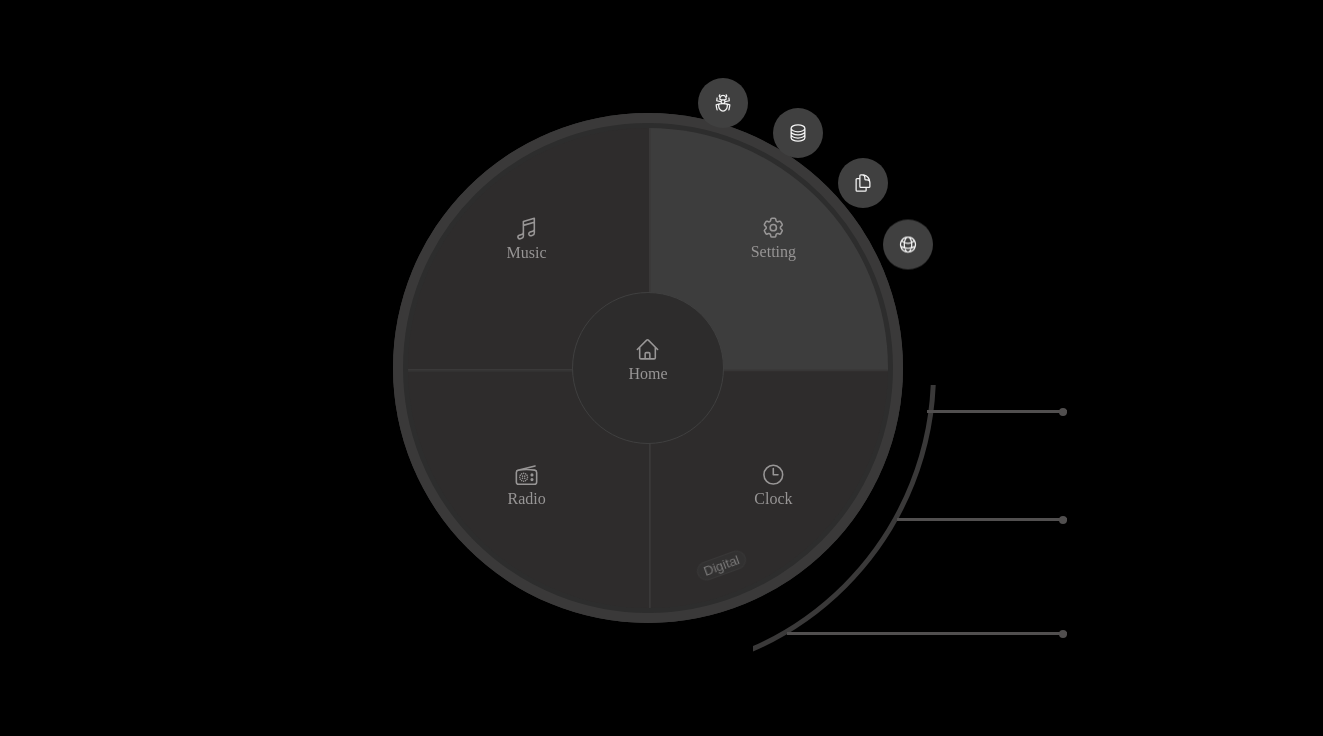
Repository: hsumyatm7308/Basecycle
Page: index.html
The author's editor kept a copy of each file at every save. The page is drawn from the files as they stood at one save, then again after the next save.
The browser window is 1280 px wide. The page is 1323 px wide, so the pictures cover 1323 px, including what lies to the right of the window. The pictures show the whole page.
After loading, the first visible `div.right-top` was clicked once.

Above is the page before, as saved 2023-06-03 12:20:34.

### index.html
<!DOCTYPE html>
<html lang="en">

<head>

    <title>Circle control</title>
    <link rel="stylesheet" href="./style.css">
</head>

<body>
    <div class="ctn">

    <div class="container">

        <div class="container-left-top">

        </div>

        <div class="container-right-top">

        </div>

        <div class="container-right-bottom">

        </div>

        <div class="container-left-bottom">

        </div>



        <div class="second-container">



            <div class="left-top square " data-target=".container-left-top">
                <div class="textaligncenter">
                    <svg xmlns="http://www.w3.org/2000/svg" fill="none" viewBox="0 0 24 24" stroke-width="1.5"
                        stroke="currentColor" class="w-6 h-6 musicicon">
                        <path stroke-linecap="round" stroke-linejoin="round"
                            d="M9 9l10.5-3m0 6.553v3.75a2.25 2.25 0 01-1.632 2.163l-1.32.377a1.803 1.803 0 11-.99-3.467l2.31-.66a2.25 2.25 0 001.632-2.163zm0 0V2.25L9 5.25v10.303m0 0v3.75a2.25 2.25 0 01-1.632 2.163l-1.32.377a1.803 1.803 0 01-.99-3.467l2.31-.66A2.25 2.25 0 009 15.553z" />
                    </svg>

                    <p>Music</p>
                </div>
                <div class="cinmusic">

                </div>
            </div>

            <div class="right-top setting square " data-target=".container-right-top">
                <div class="textaligncenter">
                    <svg xmlns="http://www.w3.org/2000/svg" fill="none" viewBox="0 0 24 24" stroke-width="1.5"
                        stroke="currentColor" class="w-6 h-6 settingicon">
                        <path stroke-linecap="round" stroke-linejoin="round"
                            d="M9.594 3.94c.09-.542.56-.94 1.11-.94h2.593c.55 0 1.02.398 1.11.94l.213 1.281c.063.374.313.686.645.87.074.04.147.083.22.127.324.196.72.257 1.075.124l1.217-.456a1.125 1.125 0 011.37.49l1.296 2.247a1.125 1.125 0 01-.26 1.431l-1.003.827c-.293.24-.438.613-.431.992a6.759 6.759 0 010 .255c-.007.378.138.75.43.99l1.005.828c.424.35.534.954.26 1.43l-1.298 2.247a1.125 1.125 0 01-1.369.491l-1.217-.456c-.355-.133-.75-.072-1.076.124a6.57 6.57 0 01-.22.128c-.331.183-.581.495-.644.869l-.213 1.28c-.09.543-.56.941-1.11.941h-2.594c-.55 0-1.02-.398-1.11-.94l-.213-1.281c-.062-.374-.312-.686-.644-.87a6.52 6.52 0 01-.22-.127c-.325-.196-.72-.257-1.076-.124l-1.217.456a1.125 1.125 0 01-1.369-.49l-1.297-2.247a1.125 1.125 0 01.26-1.431l1.004-.827c.292-.24.437-.613.43-.992a6.932 6.932 0 010-.255c.007-.378-.138-.75-.43-.99l-1.004-.828a1.125 1.125 0 01-.26-1.43l1.297-2.247a1.125 1.125 0 011.37-.491l1.216.456c.356.133.751.072 1.076-.124.072-.044.146-.087.22-.128.332-.183.582-.495.644-.869l.214-1.281z" />
                        <path stroke-linecap="round" stroke-linejoin="round" d="M15 12a3 3 0 11-6 0 3 3 0 016 0z" />
                    </svg>
                    <p>Setting</p>
                </div>


            </div>

            <div class="right-bottom square clockbtn" data-target=".container-right-bottom">
                <div class="textaligncenter">
                    <svg xmlns="http://www.w3.org/2000/svg" fill="none" viewBox="0 0 24 24" stroke-width="1.5"
                        stroke="currentColor" class="w-6 h-6 clockicon">
                        <path stroke-linecap="round" stroke-linejoin="round"
                            d="M12 6v6h4.5m4.5 0a9 9 0 11-18 0 9 9 0 0118 0z" />
                    </svg>
                    <p>Clock</p>




                </div>

                <div class="cls">



                </div>

            </div>

            <div class="left-bottom square " data-target=".container-left-bottom">
                <div class="textaligncenter">
                    <svg xmlns="http://www.w3.org/2000/svg" fill="none" viewBox="0 0 24 24" stroke-width="1.5"
                        stroke="currentColor" class="w-6 h-6 radioicon">
                        <path stroke-linecap="round" stroke-linejoin="round"
                            d="M3.75 7.5l16.5-4.125M12 6.75c-2.708 0-5.363.224-7.948.655C2.999 7.58 2.25 8.507 2.25 9.574v9.176A2.25 2.25 0 004.5 21h15a2.25 2.25 0 002.25-2.25V9.574c0-1.067-.75-1.994-1.802-2.169A48.329 48.329 0 0012 6.75zm-1.683 6.443l-.005.005-.006-.005.006-.005.005.005zm-.005 2.127l-.005-.006.005-.005.005.005-.005.005zm-2.116-.006l-.005.006-.006-.006.005-.005.006.005zm-.005-2.116l-.006-.005.006-.005.005.005-.005.005zM9.255 10.5v.008h-.008V10.5h.008zm3.249 1.88l-.007.004-.003-.007.006-.003.004.006zm-1.38 5.126l-.003-.006.006-.004.004.007-.006.003zm.007-6.501l-.003.006-.007-.003.004-.007.006.004zm1.37 5.129l-.007-.004.004-.006.006.003-.004.007zm.504-1.877h-.008v-.007h.008v.007zM9.255 18v.008h-.008V18h.008zm-3.246-1.87l-.007.004L6 16.127l.006-.003.004.006zm1.366-5.119l-.004-.006.006-.004.004.007-.006.003zM7.38 17.5l-.003.006-.007-.003.004-.007.006.004zm-1.376-5.116L6 12.38l.003-.007.007.004-.004.007zm-.5 1.873h-.008v-.007h.008v.007zM17.25 12.75a.75.75 0 110-1.5.75.75 0 010 1.5zm0 4.5a.75.75 0 110-1.5.75.75 0 010 1.5z" />
                    </svg>
                    <p>Radio</p>
                </div>

                <div class=" cinradio">

                </div>
            </div>



        </div>


        <div class="center">
            <div class="textaligncenter">
                <svg xmlns="http://www.w3.org/2000/svg" fill="none" viewBox="0 0 24 24" stroke-width="1.5"
                    stroke="currentColor" class="w-6 h-6 homeicon">
                    <path stroke-linecap="round" stroke-linejoin="round"
                        d="M2.25 12l8.954-8.955c.44-.439 1.152-.439 1.591 0L21.75 12M4.5 9.75v10.125c0 .621.504 1.125 1.125 1.125H9.75v-4.875c0-.621.504-1.125 1.125-1.125h2.25c.621 0 1.125.504 1.125 1.125V21h4.125c.621 0 1.125-.504 1.125-1.125V9.75M8.25 21h8.25" />
                </svg>
                <p class="select">Home</p>
            </div>

        </div>

    </div>



    <div class="settingsection">
        <div class="settiong-items ">
            <svg xmlns="http://www.w3.org/2000/svg" fill="none" viewBox="0 0 24 24" stroke-width="1.5"
                stroke="currentColor" class="w-6 h-6" width="20px">
                <path stroke-linecap="round" stroke-linejoin="round"
                    d="M12 12.75c1.148 0 2.278.08 3.383.237 1.037.146 1.866.966 1.866 2.013 0 3.728-2.35 6.75-5.25 6.75S6.75 18.728 6.75 15c0-1.046.83-1.867 1.866-2.013A24.204 24.204 0 0112 12.75zm0 0c2.883 0 5.647.508 8.207 1.44a23.91 23.91 0 01-1.152 6.06M12 12.75c-2.883 0-5.647.508-8.208 1.44.125 2.104.52 4.136 1.153 6.06M12 12.75a2.25 2.25 0 002.248-2.354M12 12.75a2.25 2.25 0 01-2.248-2.354M12 8.25c.995 0 1.971-.08 2.922-.236.403-.066.74-.358.795-.762a3.778 3.778 0 00-.399-2.25M12 8.25c-.995 0-1.97-.08-2.922-.236-.402-.066-.74-.358-.795-.762a3.734 3.734 0 01.4-2.253M12 8.25a2.25 2.25 0 00-2.248 2.146M12 8.25a2.25 2.25 0 012.248 2.146M8.683 5a6.032 6.032 0 01-1.155-1.002c.07-.63.27-1.222.574-1.747m.581 2.749A3.75 3.75 0 0115.318 5m0 0c.427-.283.815-.62 1.155-.999a4.471 4.471 0 00-.575-1.752M4.921 6a24.048 24.048 0 00-.392 3.314c1.668.546 3.416.914 5.223 1.082M19.08 6c.205 1.08.337 2.187.392 3.314a23.882 23.882 0 01-5.223 1.082" />
            </svg>

        </div>

        <div class="settiong-items ">
            <svg xmlns="http://www.w3.org/2000/svg" fill="none" viewBox="0 0 24 24" stroke-width="1.5"
                stroke="currentColor" class="w-6 h-6" width="20px">
                <path stroke-linecap="round" stroke-linejoin="round"
                    d="M20.25 6.375c0 2.278-3.694 4.125-8.25 4.125S3.75 8.653 3.75 6.375m16.5 0c0-2.278-3.694-4.125-8.25-4.125S3.75 4.097 3.75 6.375m16.5 0v11.25c0 2.278-3.694 4.125-8.25 4.125s-8.25-1.847-8.25-4.125V6.375m16.5 0v3.75m-16.5-3.75v3.75m16.5 0v3.75C20.25 16.153 16.556 18 12 18s-8.25-1.847-8.25-4.125v-3.75m16.5 0c0 2.278-3.694 4.125-8.25 4.125s-8.25-1.847-8.25-4.125" />
            </svg>


        </div>

        <div class="settiong-items ">
            <svg xmlns="http://www.w3.org/2000/svg" fill="none" viewBox="0 0 24 24" stroke-width="1.5"
                stroke="currentColor" class="w-6 h-6" width="20px">
                <path stroke-linecap="round" stroke-linejoin="round"
                    d="M15.75 17.25v3.375c0 .621-.504 1.125-1.125 1.125h-9.75a1.125 1.125 0 01-1.125-1.125V7.875c0-.621.504-1.125 1.125-1.125H6.75a9.06 9.06 0 011.5.124m7.5 10.376h3.375c.621 0 1.125-.504 1.125-1.125V11.25c0-4.46-3.243-8.161-7.5-8.876a9.06 9.06 0 00-1.5-.124H9.375c-.621 0-1.125.504-1.125 1.125v3.5m7.5 10.375H9.375a1.125 1.125 0 01-1.125-1.125v-9.25m12 6.625v-1.875a3.375 3.375 0 00-3.375-3.375h-1.5a1.125 1.125 0 01-1.125-1.125v-1.5a3.375 3.375 0 00-3.375-3.375H9.75" />
            </svg>


        </div>

        <div class="settiong-items ">
            <svg xmlns="http://www.w3.org/2000/svg" fill="none" viewBox="0 0 24 24" stroke-width="1.5"
                stroke="currentColor" class="w-6 h-6" width="20px">
                <path stroke-linecap="round" stroke-linejoin="round"
                    d="M12 21a9.004 9.004 0 008.716-6.747M12 21a9.004 9.004 0 01-8.716-6.747M12 21c2.485 0 4.5-4.03 4.5-9S14.485 3 12 3m0 18c-2.485 0-4.5-4.03-4.5-9S9.515 3 12 3m0 0a8.997 8.997 0 017.843 4.582M12 3a8.997 8.997 0 00-7.843 4.582m15.686 0A11.953 11.953 0 0112 10.5c-2.998 0-5.74-1.1-7.843-2.918m15.686 0A8.959 8.959 0 0121 12c0 .778-.099 1.533-.284 2.253m0 0A17.919 17.919 0 0112 16.5c-3.162 0-6.133-.815-8.716-2.247m0 0A9.015 9.015 0 013 12c0-1.605.42-3.113 1.157-4.418" />
            </svg>


        </div>
    </div>


    <div class="clock-items">
        <button id="digital" class="btn digital">Digital</button>
    </div>

    <div class="clockhands ">
        <div class="minute"></div>
        <div class="centerdot"></div>
        <div class="hour" id="hour"></div>
    </div>

    <div class="digitalcontainer">
         <div class="digital-square"></div>
         <div class="digital-circleone"></div>

         <div class="line1">
            <div class="littledot"></div>
         </div>
         <h1 id="hr" class="digtime">12 <span>hr</span></h1>



         <div class="line2">
            <div class="littledot"></div>
         </div>
         <h1 id="mi" class="digtime">55 <span>min</span></h1>

         <div class="line3">
            <div class="littledot"></div>
         </div>
         <h1 id="se" class="digtime">20 <span>sec</span></h1>


         <div id="dgid1" class="digiani1 "></div>
         <div id="dgid2" class="digiani2 "></div>
    </div>



</div>
    <script src="../jq/jquery-3.7.0.min.js"></script>
    <script src="./script.js"></script>
</body>

</html>

### script.js







$(document).ready(function () {





    $('.square').mouseover(function () {
        var target = $(this).data('target');
        $(target).css('background', '#989696');
        $(target).css('transition', '.5s');

    });

    $('.square').mouseleave(function () {
        var target = $(this).data('target');
        $(target).css('background', '#3a3939');
        $(target).css('transition', '.5s');

    });

    $('.setting').click(function(){
        $('.settingsection').css('visibility','visible');
        $('.settiong-items').addClass('settingani');
        $('.right-top').css('background','#3d3d3d');
        $('.right-top').mouseleave(function(){
            $('.container-right-top').css('background','#514f4f')
        });


        if($('.digiani1').has('.dgani1p1')){
           dgidone.remove('dganireverse1');

        }

        // dgidone.remove('dganireverse1');
        // dgidtwo.remove('dganireverse2');
    })



    $('.center').click(function(){
        window.location.reload();
    })





    function clock(){

        var minute = document.querySelector('.minute');
        var hour = document.getElementById('hour');

        var getdate = new Date();
        var gethour = getdate.getHours();
        var getmin = getdate.getMinutes();
        var getsec = getdate.getSeconds();
       var getmils = getdate.getMilliseconds();

        var gettime = gethour * 3600 + getmin * 60 + getsec * 1 + getmils/1000;
        // console.log(gettime);

        let hours = gettime/60/12 * 6;
        let minutes = gettime/60 * 6;


        $(hour).css('transform',`rotate(${hours}deg)`);
        $(minute).css('transform',`rotate(${minutes}deg)`);


        // console.log(hrvalue%6)

        let hrs = gethour%12;

       var hrvalue = hrs.toString().padStart(2,'0');
        var minvalue = getmin.toString().padStart(2,'0');
        var secvalue = getsec.toString().padStart(2,'0');

        $('#hr').html(`<h1>${hrvalue} <span>hr</span></h1>`);
        $('#mi').html(`<h1>${minvalue} <span>min</span></h1>`);
        $('#se').html(`<h1>${secvalue} <span>sec</span></h1>`);

    }

    clock();

    setInterval(clock,1000);



    $('.clockbtn').click(function(){
        $('.cls').addClass('clocksection');
        $('.cinradio').addClass('clocksectioninradio');
        $('.cinmusic').addClass('clocksectioninmusic');
        $('.center').addClass('centerhomeani');
        $('.clockhands').css('visibility','visible');
        $('.clockhands').addClass('clhandani');


        $('.settingsection').css('visibility','hidden');
        $('.right-top').css('background','#2e2c2c');
        $('.container-right-top').css('background','#3a3939')

    });









});










var digitalid = document.getElementById('digital');
var dgidone = document.getElementById('dgid1');
var dgidtwo = document.getElementById('dgid2');
// console.log(digital.length)




digitalid.addEventListener('click',function(){



  dgidone.classList.toggle('dgani1p1');
  dgidtwo.classList.toggle('dgani2p1');
  $('.settingsection').css('visibility','hidden');


  clockreversefun();


})


function clockreversefun(){
    digitalid.addEventListener('click',function(){
        dgidone.classList.toggle('dganireverse1');
        dgidtwo.classList.toggle('dganireverse2');

       digitalid.addEventListener('click',function(){
        window.location.reload();
       })



    });
}

Loaded but not shown: jq/jquery-3.7.0.min.js (library); style.css (730 lines, source omitted)

After the next save:
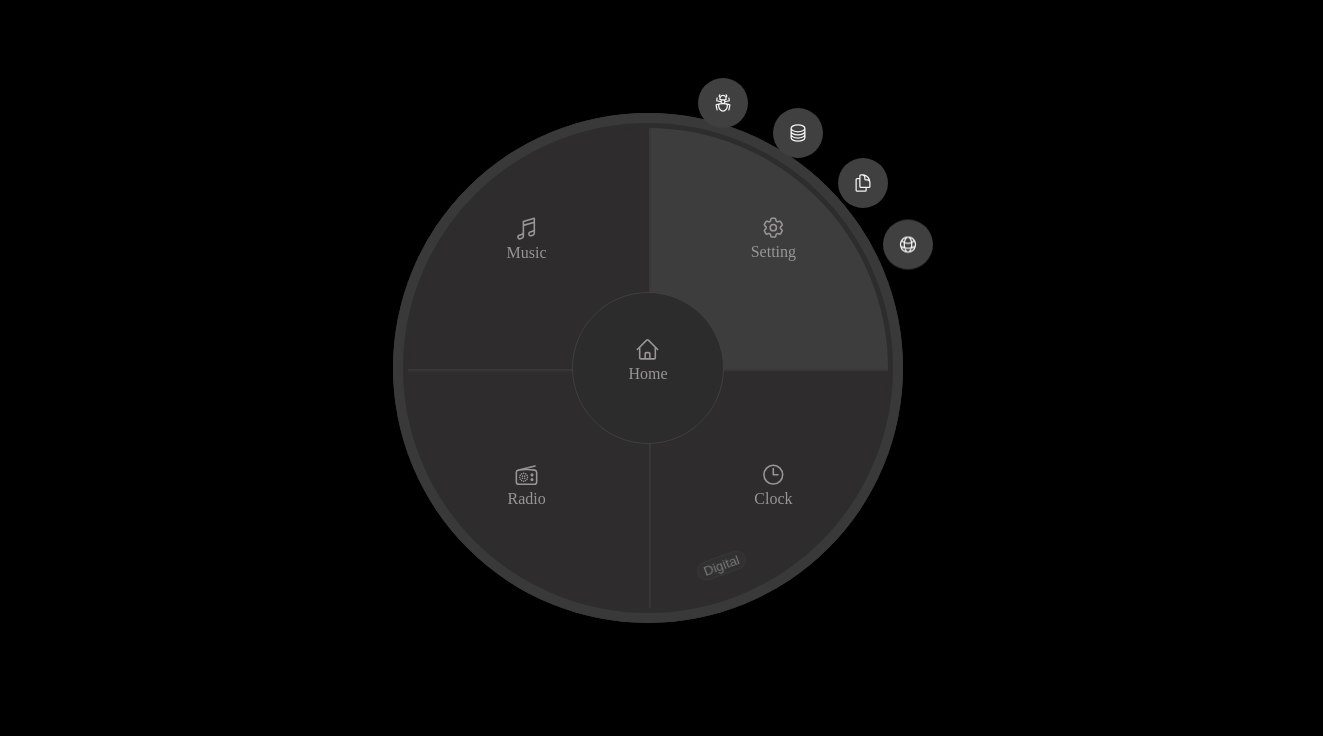
Saved 39 s later.
--- a/script.js
+++ b/script.js
@@ -35,7 +35,7 @@
 
 
         if($('.digiani1').has('.dgani1p1')){
-           dgidone.remove('dganireverse1');
+           $(dgidone).remove('dganireverse1');
 
         }
 

After the 3 saves that followed:
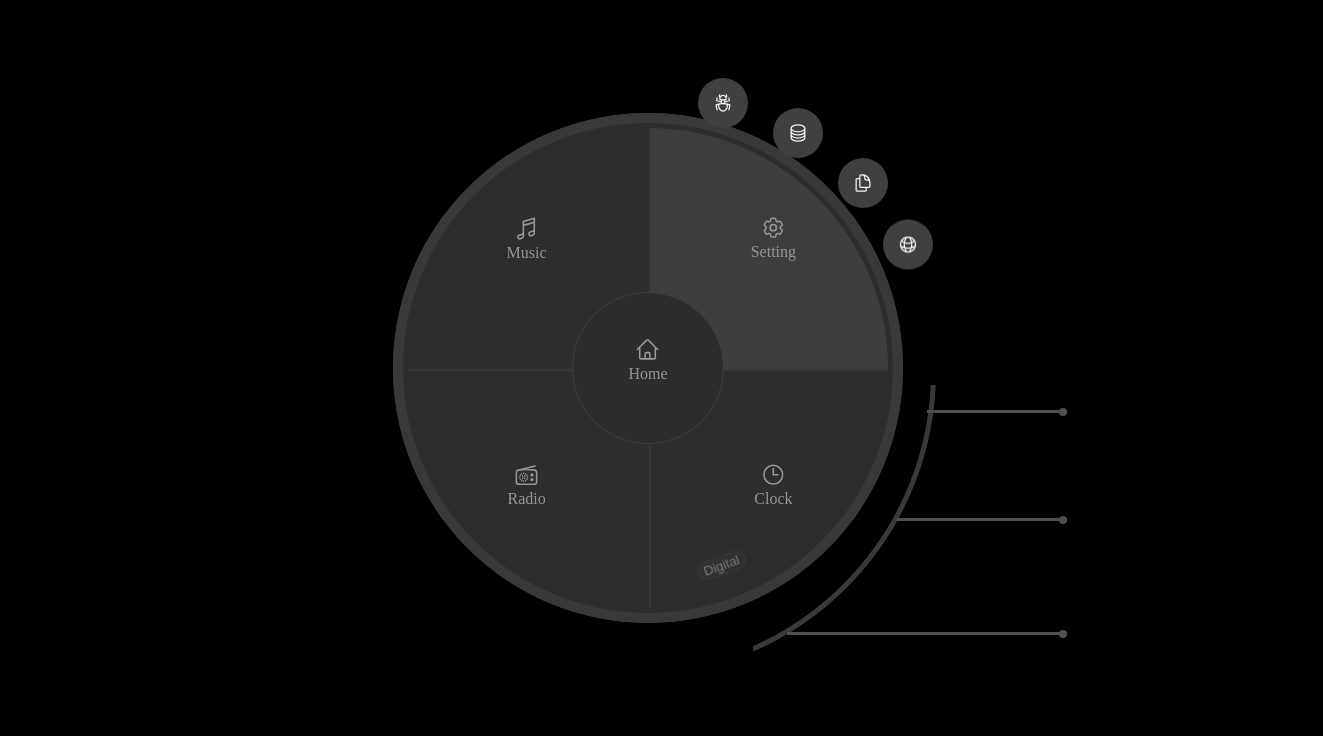
The 3 saves are shown as one change because 2 left the picture as it was.
The last was saved 99 s later.
--- a/script.js
+++ b/script.js
@@ -34,8 +34,8 @@
         });
 
 
-        if($('.digiani1').has('.dgani1p1')){
-           $(dgidone).remove('dganireverse1');
+        if($('.digiani1').has('dgani1p1')){
+           $(dgidone).addClass('dganireverse1');
 
         }
 
